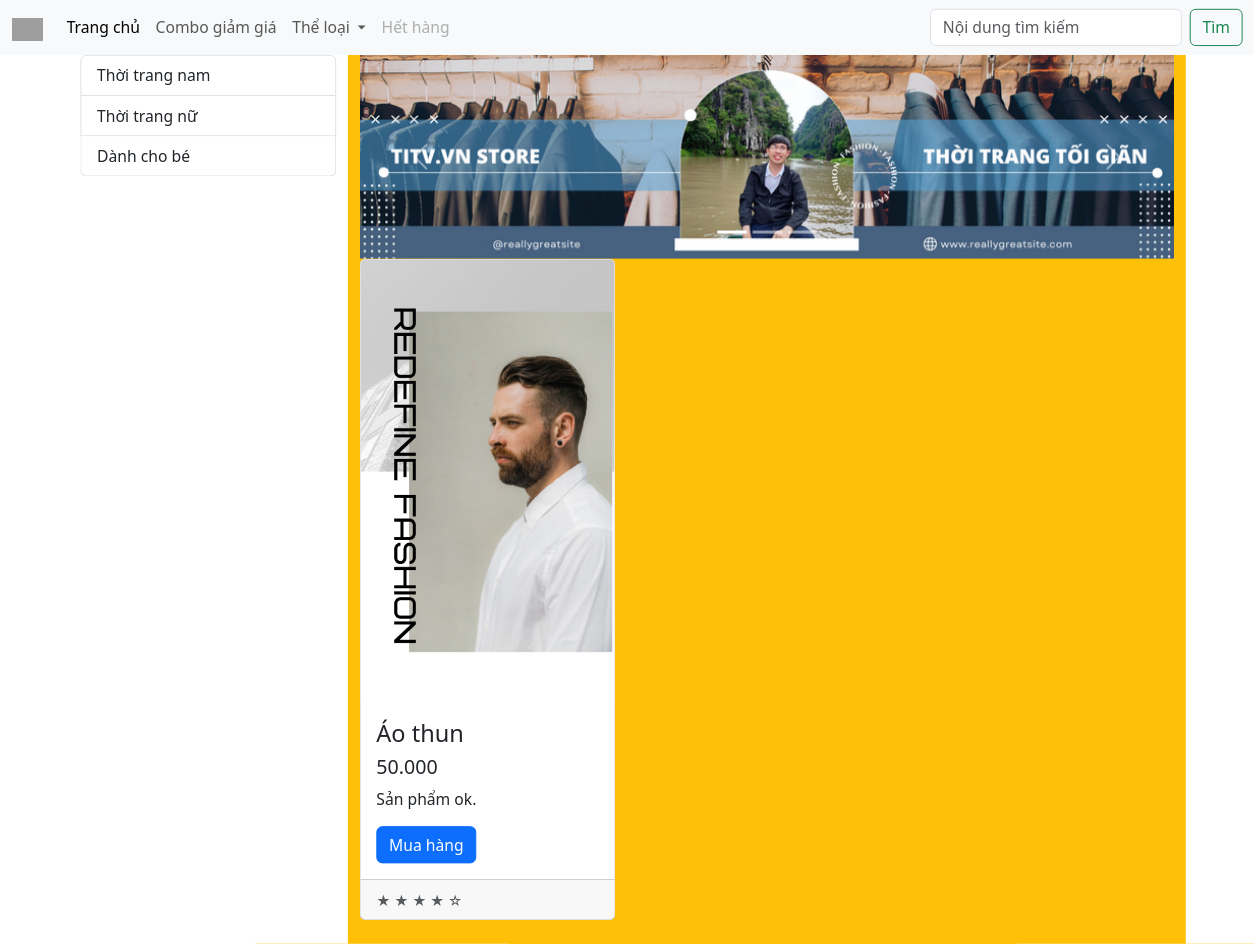
Repository: PhiKhongHoang/JSP-Servlet
Page: bai4_bootstrap/src/main/webapp/index.html
An editor plug-in stored every save of this project. The page is shown before and after the next save, followed by the edit.
The browser window is 1280 px wide. The pictures show the whole page, at 98% of full size.
Pictures or frames that could not be fetched are drawn as grey boxes.

Above is the page before, as saved 2024-02-16 14:12:02.

### bai4_bootstrap/src/main/webapp/index.html
<!DOCTYPE html>
<html>
<head>
<meta charset="UTF-8">
<title>Bootstrap</title>
<link
	href="https://cdn.jsdelivr.net/npm/bootstrap@5.3.2/dist/css/bootstrap.min.css"
	rel="stylesheet"
	integrity="sha384-T3c6CoIi6uLrA9TneNEoa7RxnatzjcDSCmG1MXxSR1GAsXEV/Dwwykc2MPK8M2HN"
	crossorigin="anonymous">
<script
	src="https://cdn.jsdelivr.net/npm/@popperjs/core@2.11.8/dist/umd/popper.min.js"
	integrity="sha384-I7E8VVD/ismYTF4hNIPjVp/Zjvgyol6VFvRkX/vR+Vc4jQkC+hVqc2pM8ODewa9r"
	crossorigin="anonymous"></script>
<script
	src="https://cdn.jsdelivr.net/npm/bootstrap@5.3.2/dist/js/bootstrap.min.js"
	integrity="sha384-BBtl+eGJRgqQAUMxJ7pMwbEyER4l1g+O15P+16Ep7Q9Q+zqX6gSbd85u4mG4QzX+"
	crossorigin="anonymous"></script>
</head>
<body>
	<!-- navbar -->
	<nav class="navbar navbar-expand-lg bg-body-tertiary">
		<div class="container-fluid">
			<a class="navbar-brand" href="#"> <img
				src="https://p16-oec-va.ibyteimg.com/tos-maliva-i-o3syd03w52-us/318105355cb447d691500c10d928eeb5~tplv-o3syd03w52-origin-jpeg.jpeg?from=1345521523"
				alt="logo" height="24">
			</a>
			<button class="navbar-toggler" type="button"
				data-bs-toggle="collapse" data-bs-target="#navbarSupportedContent"
				aria-controls="navbarSupportedContent" aria-expanded="false"
				aria-label="Toggle navigation">
				<span class="navbar-toggler-icon"></span>
			</button>
			<div class="collapse navbar-collapse" id="navbarSupportedContent">
				<ul class="navbar-nav me-auto mb-2 mb-lg-0">
					<li class="nav-item"><a class="nav-link active"
						aria-current="page" href="#">Trang chủ</a></li>
					<li class="nav-item"><a class="nav-link" href="#">Combo
							giảm giá</a></li>
					<li class="nav-item dropdown"><a
						class="nav-link dropdown-toggle" href="#" role="button"
						data-bs-toggle="dropdown" aria-expanded="false"> Thể loại </a>
						<ul class="dropdown-menu">
							<li><a class="dropdown-item" href="#">Quần jean</a></li>
							<li><a class="dropdown-item" href="#">Áo thun</a></li>
							<li><hr class="dropdown-divider"></li>
							<li><a class="dropdown-item" href="#">Áo sơ mi</a></li>
						</ul></li>
					<li class="nav-item"><a class="nav-link disabled"
						aria-disabled="true">Hết hàng</a></li>
				</ul>
				<form class="d-flex" role="search">
					<input class="form-control me-2" type="search"
						placeholder="Nội dung tìm kiếm" aria-label="Search">
					<button class="btn btn-outline-success" type="submit">Tìm</button>
				</form>
			</div>
		</div>
	</nav>
	<!-- end navbar -->

	<!-- page content -->
	<div class="container">
		<div class="row">
			<!-- menu left -->
			<div class="col-lg-3">
				<div class="list-group">
					<a href="#" class="list-group-item list-group-item-action">
						Thời trang nam </a> <a href="#"
						class="list-group-item list-group-item-action"> Thời trang nữ
					</a> <a href="#" class="list-group-item list-group-item-action">
						Dành cho bé </a>
				</div>
			</div>
			<!-- end menu left -->

			<!-- slider and product -->
			<div class="col-lg-9 bg-warning">
				<!-- slider -->
				<div id="carouselExampleIndicators" class="carousel slide">
					<div class="carousel-indicators">
						<button type="button" data-bs-target="#carouselExampleIndicators"
							data-bs-slide-to="0" class="active" aria-current="true"
							aria-label="Slide 1"></button>
						<button type="button" data-bs-target="#carouselExampleIndicators"
							data-bs-slide-to="1" aria-label="Slide 2"></button>
						<button type="button" data-bs-target="#carouselExampleIndicators"
							data-bs-slide-to="2" aria-label="Slide 3"></button>
					</div>
					<div class="carousel-inner">
						<div class="carousel-item active">
							<img src="img/slider/1.png" class="d-block w-100" alt="...">
						</div>
						<div class="carousel-item">
							<img src="img/slider/2.png" class="d-block w-100" alt="...">
						</div>
						<div class="carousel-item">
							<img src="img/slider/3.png" class="d-block w-100" alt="...">
						</div>
					</div>
					<button class="carousel-control-prev" type="button"
						data-bs-target="#carouselExampleIndicators" data-bs-slide="prev">
						<span class="carousel-control-prev-icon" aria-hidden="true"></span>
						<span class="visually-hidden">Previous</span>
					</button>
					<button class="carousel-control-next" type="button"
						data-bs-target="#carouselExampleIndicators" data-bs-slide="next">
						<span class="carousel-control-next-icon" aria-hidden="true"></span>
						<span class="visually-hidden">Next</span>
					</button>
				</div>
				<!-- end slider -->

				<!-- product -->
				<div class="row">
					<div class="col-lg-4 col-md-6 mb-4">
						<div class="card h-100">
							<img src="img/product/1 (1).png" class="card-img-top" alt="...">
							<div class="card-body">
								<h4 class="card-title">Áo thun</h4>
								<h5>50.000</h5>
								<p class="card-text">Sản phẩm ok.</p>
								<a href="#" class="btn btn-primary">Mua hàng</a>
							</div>
							<div class="card-footer">
								<small class="text-muted">
									&#9733; &#9733; &#9733; &#9733; &#9734;
								</small>
							</div>
						</div>
					</div>
				</div>
				<!-- end product -->
			</div>
			<!-- end slider and product -->
		</div>
	</div>
	<!-- and page content -->
</body>
</html>

After the next save:
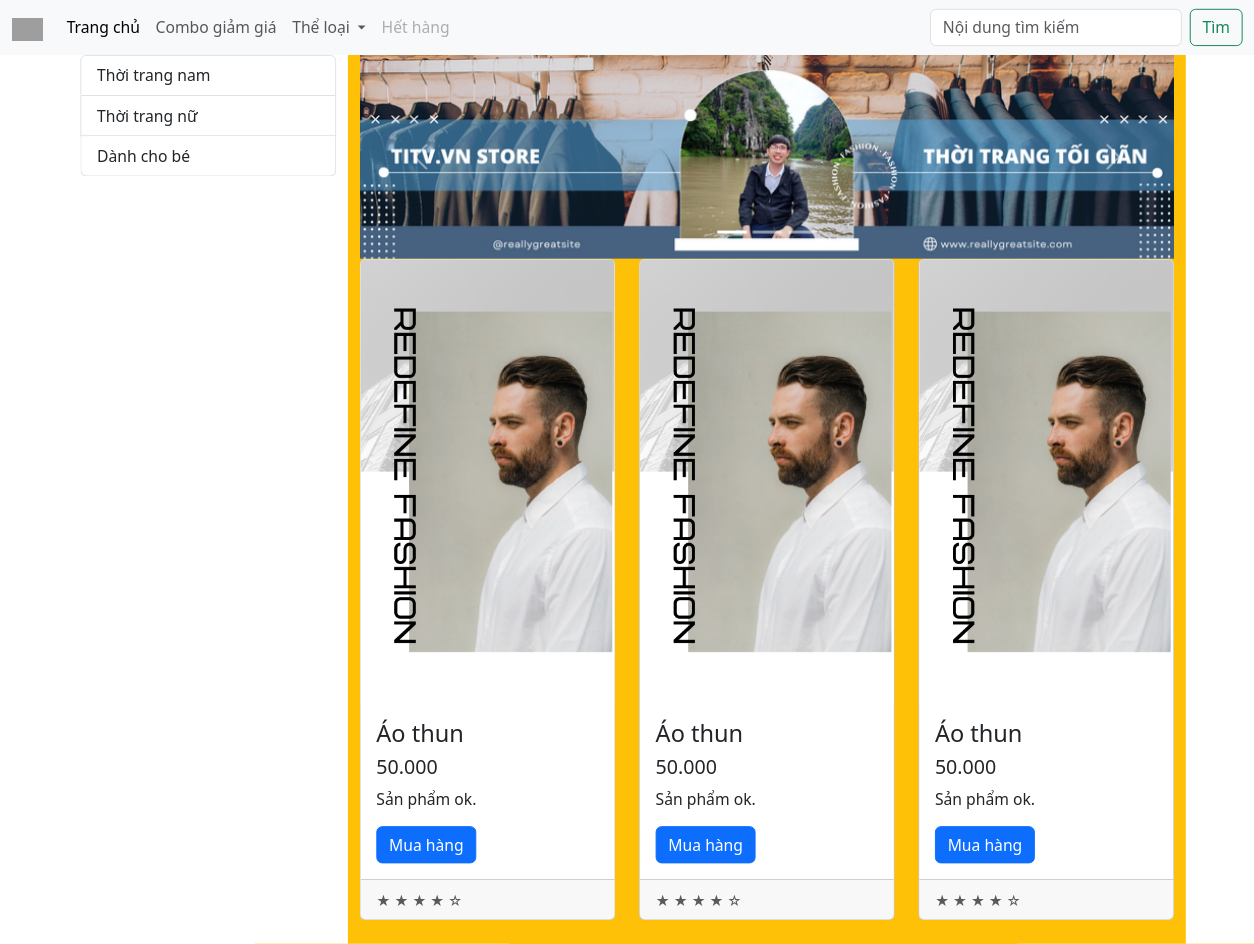
Saved 67 s later.
--- a/bai4_bootstrap/src/main/webapp/index.html
+++ b/bai4_bootstrap/src/main/webapp/index.html
@@ -129,6 +129,38 @@
 							</div>
 						</div>
 					</div>
+					<div class="col-lg-4 col-md-6 mb-4">
+						<div class="card h-100">
+							<img src="img/product/1 (1).png" class="card-img-top" alt="...">
+							<div class="card-body">
+								<h4 class="card-title">Áo thun</h4>
+								<h5>50.000</h5>
+								<p class="card-text">Sản phẩm ok.</p>
+								<a href="#" class="btn btn-primary">Mua hàng</a>
+							</div>
+							<div class="card-footer">
+								<small class="text-muted">
+									&#9733; &#9733; &#9733; &#9733; &#9734;
+								</small>
+							</div>
+						</div>
+					</div>
+					<div class="col-lg-4 col-md-6 mb-4">
+						<div class="card h-100">
+							<img src="img/product/1 (1).png" class="card-img-top" alt="...">
+							<div class="card-body">
+								<h4 class="card-title">Áo thun</h4>
+								<h5>50.000</h5>
+								<p class="card-text">Sản phẩm ok.</p>
+								<a href="#" class="btn btn-primary">Mua hàng</a>
+							</div>
+							<div class="card-footer">
+								<small class="text-muted">
+									&#9733; &#9733; &#9733; &#9733; &#9734;
+								</small>
+							</div>
+						</div>
+					</div>
 				</div>
 				<!-- end product -->
 			</div>
